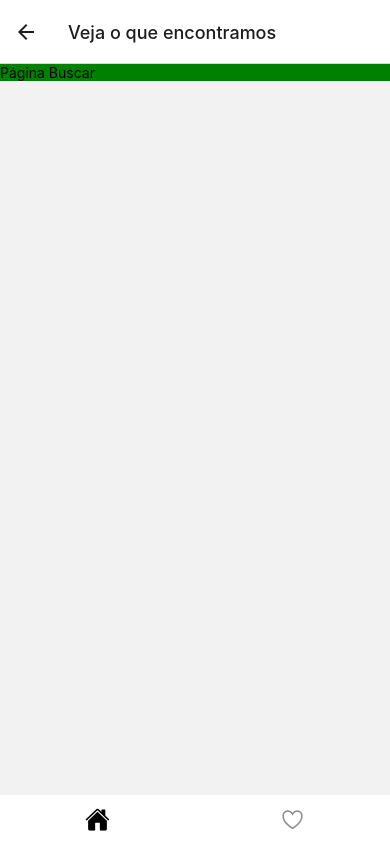
Repository: pheonix5/Receitas
Screen: /Search
The author's editor kept a copy of each file at every save. The screen is drawn from the files as they stood at one save, then again after the next save.
The page's requests for data from a server got no answer. The app was drawn by React Native's web renderer in a window 390 px wide. The project was rebuilt for these pictures with package versions that can differ from the ones it lists, and the page was loaded fresh each time. No one was signed in, and anything a server would have sent is missing. Also part of the build but not shown: src/components/foodlist/index.js, src/components/ingredients/index.js, src/components/instructions/index.js, src/components/video/index.js, src/utils/storage.js, src/pages/detail/index.js, src/pages/favorites/index.js.

Above is the screen before, as saved 2023-04-08 22:00:53.

After the next save:
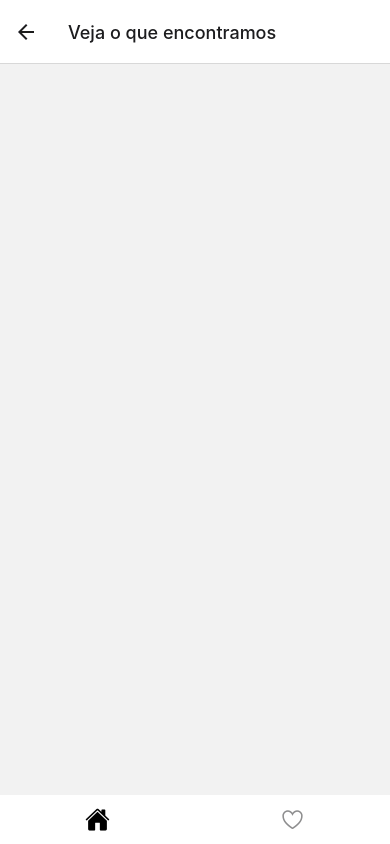
Saved 13 s later.
--- a/src/pages/search/index.js
+++ b/src/pages/search/index.js
@@ -8,7 +8,7 @@ export default function Search({  }){
 
     return(
         <View style={styles.container}>
-            <Text>Página Buscar</Text>
+            <Text>{route.params?.name}</Text>
         </View>
     )
 }
